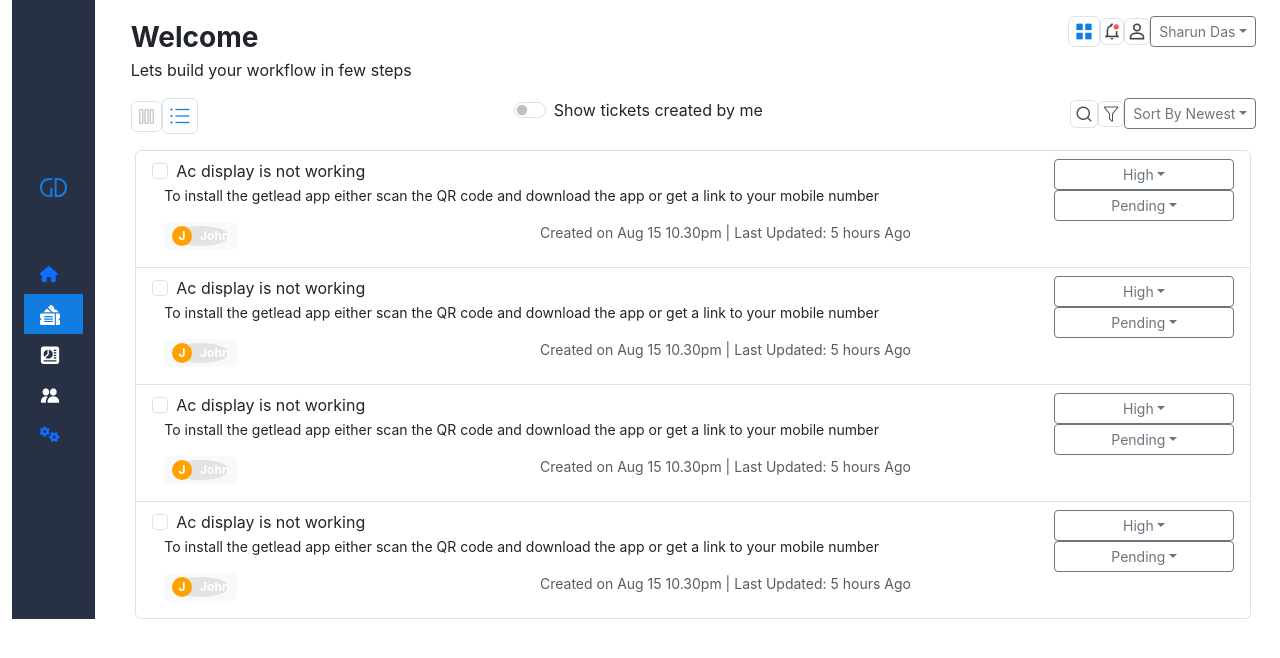
Repository: rishikarajeev/GL_HelpDesk
Page: /showtickets
The author's editor kept a copy of each file at every save. The page is drawn from the files as they stood at one save, then again after the next save.
The browser window is 1280 px wide. The pictures show the whole page.
The project was rebuilt for these pictures with package versions that can differ from the ones it lists, and the page was loaded fresh each time. Also part of the build but not shown: src/App.css, src/Pages/HomePage.jsx.

Above is the page before, as saved 2024-01-09 14:28:57.

### public/index.html
<!DOCTYPE html>
<html lang="en">
  <head>
    <meta charset="utf-8" />
    <link rel="icon" href="%PUBLIC_URL%/favicon.ico" />
    <meta name="viewport" content="width=device-width, initial-scale=1" />
    <meta name="theme-color" content="#000000" />
    <meta
      name="description"
      content="Web site created using create-react-app"
    />
    <link rel="apple-touch-icon" href="%PUBLIC_URL%/logo192.png" />
    <link href="https://cdn.jsdelivr.net/npm/bootstrap@5.3.2/dist/css/bootstrap.min.css" rel="stylesheet" integrity="sha384-T3c6CoIi6uLrA9TneNEoa7RxnatzjcDSCmG1MXxSR1GAsXEV/Dwwykc2MPK8M2HN" crossorigin="anonymous">
   <script src="https://cdn.jsdelivr.net/npm/bootstrap@5.3.2/dist/js/bootstrap.bundle.min.js" integrity="sha384-C6RzsynM9kWDrMNeT87bh95OGNyZPhcTNXj1NW7RuBCsyN/o0jlpcV8Qyq46cDfL" crossorigin="anonymous"></script>

   <!--
      manifest.json provides metadata used when your web app is installed on a
      user's mobile device or desktop. See https://developers.google.com/web/fundamentals/web-app-manifest/
    -->
    <link rel="manifest" href="%PUBLIC_URL%/manifest.json" />
    <!--
      Notice the use of %PUBLIC_URL% in the tags above.
      It will be replaced with the URL of the `public` folder during the build.
      Only files inside the `public` folder can be referenced from the HTML.

      Unlike "/favicon.ico" or "favicon.ico", "%PUBLIC_URL%/favicon.ico" will
      work correctly both with client-side routing and a non-root public URL.
      Learn how to configure a non-root public URL by running `npm run build`.
    -->
    <title>React App</title>
  </head>
  <body>
    <noscript>You need to enable JavaScript to run this app.</noscript>
    <div id="root"></div>
    <!--
      This HTML file is a template.
      If you open it directly in the browser, you will see an empty page.

      You can add webfonts, meta tags, or analytics to this file.
      The build step will place the bundled scripts into the <body> tag.

      To begin the development, run `npm start` or `yarn start`.
      To create a production bundle, use `npm run build` or `yarn build`.
    -->
  </body>
</html>

### src/index.js
import React from "react";
import ReactDOM from "react-dom/client";
import "./index.css";
import App from "./App";
import reportWebVitals from "./reportWebVitals";


const root = ReactDOM.createRoot(document.getElementById("root"));
root.render(<App />);

// If you want to start measuring performance in your app, pass a function
// to log results (for example: reportWebVitals(console.log))
// or send to an analytics endpoint. Learn more: https://bit.ly/CRA-vitals
reportWebVitals();

### src/App.js
import logo from "./logo.svg";
import "./App.css";

import { BrowserRouter,Route,Routes } from "react-router-dom";
import ViewTickets from "./Pages/ViewTickets";
import HomePage from "./Pages/HomePage";
import SideBar from "./Components/SideBar";
import { Container, Row, Col } from "react-bootstrap";
import Header from "./Components/Header";


function App() {
  return (
    <BrowserRouter>
<Container fluid>
     <Row>
          <Col xl={1} >
            <SideBar />
            </Col>
            <Col xl={11}>
            <Header/>
            <Routes>
              <Route path="/" element={<HomePage />}></Route>
              <Route path="/showtickets" element={<ViewTickets />}></Route>
            </Routes>
            </Col>



         </Row>
       </Container>


    </BrowserRouter>
  );
}

export default App;

### src/Pages/ViewTickets.jsx
import React from "react";

import "../Assets/Css/Styles.css";
import UserBadge from "../Components/UserBadge";
import Header from "../Components/Header";

function ViewTickets() {
  const userName = "John";

  return (

    <div className="container bg-white">

    <ol className="list-group">
      <li className="list-group-item d-flex justify-content-between align-items-start">
        <div className="container">
          <div className="row">
            <div className="col-10">
              <div className="row">
                <div className="form-check">
                  <input
                    className="form-check-input"
                    type="checkbox"
                    value=""
                    id="flexCheckDefault"
                  />
                  <label className="form-check-label" htmlFor="flexCheckDefault">
                    Ac display is not working
                  </label>
                </div>
              </div>
              <div className="row">
                <p className="small text-wrap">
                  To install the getlead app either scan the QR code and
                  download the app or get a link to your mobile number
                </p>
              </div>
              <div className="row">
                <div className="col-5">
                  <UserBadge name={userName} />
                </div>
                <div className="col-7 float-right">
                  <p className="text-muted small">
                    Created on Aug 15 10.30pm | Last Updated: 5 hours Ago
                  </p>
                </div>
              </div>
            </div>
            <div className="col-2">
              <div className="row">
                <button
                  className="btn btn-outline-secondary btn-sm dropdown-toggle"
                  type="button"
                  data-bs-toggle="dropdown"
                  aria-expanded="false"
                >
                  High
                </button>

                <button
                  className="btn btn-outline-secondary btn-sm dropdown-toggle"
                  type="button"
                  data-bs-toggle="dropdown"
                  aria-expanded="false"
                >
                  Pending
                </button>
              </div>
            </div>
          </div>
        </div>
      </li>
      <li className="list-group-item d-flex justify-content-between align-items-start">
        <div className="container">
          <div className="row">
            <div className="col-10">
              <div className="row">
                <div className="form-check">
                  <input
                    className="form-check-input"
                    type="checkbox"
                    value=""
                    id="flexCheckDefault"
                  />
                  <label className="form-check-label" htmlFor="flexCheckDefault">
                    Ac display is not working
                  </label>
                </div>
              </div>
              <div className="row">
                <p className="small text-wrap">
                  To install the getlead app either scan the QR code and
                  download the app or get a link to your mobile number
                </p>
              </div>
              <div className="row">
                <div className="col-5">
                  <UserBadge name={userName} />
                </div>
                <div className="col-7 float-right">
                  <p className="text-muted small">
                    Created on Aug 15 10.30pm | Last Updated: 5 hours Ago
                  </p>
                </div>
              </div>
            </div>
            <div className="col-2">
              <div className="row">
                <button
                  className="btn btn-outline-secondary btn-sm dropdown-toggle"
                  type="button"
                  data-bs-toggle="dropdown"
                  aria-expanded="false"
                >
                  High
                </button>

                <button
                  className="btn btn-outline-secondary btn-sm dropdown-toggle"
                  type="button"
                  data-bs-toggle="dropdown"
                  aria-expanded="false"
                >
                  Pending
                </button>
              </div>
            </div>
          </div>
        </div>
      </li>
      <li className="list-group-item d-flex justify-content-between align-items-start">
        <div className="container">
          <div className="row">
            <div className="col-10">
              <div className="row">
                <div className="form-check">
                  <input
                    className="form-check-input"
                    type="checkbox"
                    value=""
                    id="flexCheckDefault"
                  />
                  <label className="form-check-label" htmlFor="flexCheckDefault">
                    Ac display is not working
                  </label>
                </div>
              </div>
              <div className="row">
                <p className="small text-wrap">
                  To install the getlead app either scan the QR code and
                  download the app or get a link to your mobile number
                </p>
              </div>
              <div className="row">
                <div className="col-5">
                  <UserBadge name={userName} />
                </div>
                <div className="col-7 float-right">
                  <p className="text-muted small">
                    Created on Aug 15 10.30pm | Last Updated: 5 hours Ago
                  </p>
                </div>
              </div>
            </div>
            <div className="col-2">
              <div className="row">
                <button
                  className="btn btn-outline-secondary btn-sm dropdown-toggle"
                  type="button"
                  data-bs-toggle="dropdown"
                  aria-expanded="false"
                >
                  High
                </button>

                <button
                  className="btn btn-outline-secondary btn-sm dropdown-toggle"
                  type="button"
                  data-bs-toggle="dropdown"
                  aria-expanded="false"
                >
                  Pending
                </button>
              </div>
            </div>
          </div>
        </div>
      </li>
      <li className="list-group-item d-flex justify-content-between align-items-start">
        <div className="container">
          <div className="row">
            <div className="col-10">
              <div className="row">
                <div className="form-check">
                  <input
                    className="form-check-input"
                    type="checkbox"
                    value=""
                    id="flexCheckDefault"
                  />
                  <label className="form-check-label" htmlFor="flexCheckDefault">
                    Ac display is not working
                  </label>
                </div>
              </div>
              <div className="row">
                <p className="small text-wrap">
                  To install the getlead app either scan the QR code and
                  download the app or get a link to your mobile number
                </p>
              </div>
              <div className="row">
                <div className="col-5">
                  <UserBadge name={userName} />
                </div>
                <div className="col-7 float-right">
                  <p className="text-muted small">
                    Created on Aug 15 10.30pm | Last Updated: 5 hours Ago
                  </p>
                </div>
              </div>
            </div>
            <div className="col-2">
              <div className="row">
                <button
                  className="btn btn-outline-secondary btn-sm dropdown-toggle"
                  type="button"
                  data-bs-toggle="dropdown"
                  aria-expanded="false"
                >
                  High
                </button>

                <button
                  className="btn btn-outline-secondary btn-sm dropdown-toggle"
                  type="button"
                  data-bs-toggle="dropdown"
                  aria-expanded="false"
                >
                  Pending
                </button>
              </div>
            </div>
          </div>
        </div>
      </li>
    </ol>
  </div>

  );
}

export default ViewTickets;

### src/Components/SideBar.jsx
import React from "react";

import "@fortawesome/fontawesome-free/css/all.min.css";
import ticketIcon from "../Assets//Images/Layer_1.png";
import logo from "../Assets//Images/logo.png";
import profile from "../Assets//Images/profile_icon.png";
import filemanagr from "../Assets//Images/Frame.png";
import "../Assets/Css/Styles.css";

function SideBar() {
  return (
    <nav class="navbar navbar-expand-lg navbar-dark sideBg  d-flex flex-column h-100 ">
      <button
        class="navbar-toggler"
        type="button"
        data-toggle="collapse"
        data-target="#sidebar"
        aria-controls="sidebar"
        aria-expanded="false"
        aria-label="Toggle navigation"
      >
        <span class="navbar-toggler-icon"></span>
      </button>

      <div class="collapse navbar-collapse" id="sidebar">

        <ul class="nav  flex-column " >
        <li class="nav-item mb-5 ">
            <a class="nav-link active" href="/">
            <img src={logo} alt="Home Icon" className="icon" />
            </a>
          </li>
          <li class="nav-item">
            <a class="nav-link active" href="/">
              <i class="fas fa-home"></i>
            </a>
          </li>
          <li class="nav-item  selectedColor">
            <a className="nav-link active" href="/showtickets">
              <img src={ticketIcon} alt="Home Icon" className="icon" />
            </a>
          </li>
          <li class="nav-item  ">
            <a className="nav-link active" href="#">
              <img src={filemanagr} alt="Home Icon" className="icon" />
            </a>
          </li>
          <li class="nav-item  ">
            <a className="nav-link active" href="#">
              <img src={profile} alt="Home Icon" className="icon" />
            </a>
          </li>
          <li class="nav-item">
            <a class="nav-link" href="#">
              <i class="fas fa-cogs"></i>
            </a>
          </li>

        </ul>
      </div>
    </nav>
  );
}

export default SideBar;

### src/Components/Header.jsx
import React from "react";
import column_icon from "../Assets/Images/fluent_column-triple-20-regular.png";
import list_icon from "../Assets/Images/ph_list-bullets-light.png";
import search_icon from "../Assets/Images/ri_search-line.png";
import menu_icon from "../Assets/Images/ep_menu.png";
import filter_icon from "../Assets/Images/cil_filter.png";
import notificatn_icon from "../Assets/Images/Group 10.png";
import user_icon from "../Assets/Images/ooui_user-avatar-outline.png";
import { Container, Row, Col, Navbar, Nav } from "react-bootstrap";

function Header() {
  return (
    <Container fluid>
      <Row className=" justify-content-end mt-3 mb-3" >
        <Col sm={8}>
          <Row>
            <a class="navbar-brand fs-3 fw-bolder" href="#">
              Welcome{" "}
            </a>
          </Row>
          <Row>
            <span>Lets build your workflow in few steps</span>
          </Row>
        </Col>

        <Col sm={4}  className="text-end">
          <img src={menu_icon} alt="Local Icon" className="img-thumbnail" />
          <img
            src={notificatn_icon}
            alt="Local Icon"
            className="img-thumbnail"
          />
          <img src={user_icon} alt="Local Icon" className="img-thumbnail" />
          <button
            class="btn btn-outline-secondary btn-sm dropdown-toggle "
            type="button"
            data-bs-toggle="dropdown"
            aria-expanded="false"
          >
            Sharun Das
          </button>
        </Col>
      </Row>

      <Row className=" mt-3 mb-3">
        <Col>
          <img src={column_icon} alt="Local Icon" className="img-thumbnail" />

          <img src={list_icon} className="img-thumbnail" />
        </Col>
        <Col>
          <div class="form-check form-switch">
            <label class="form-check-label" for="flexSwitchCheckDefault">
              Show tickets created by me
            </label>

            <input
              class="form-check-input"
              type="checkbox"
              role="switch"
              id="flexSwitchCheckDefault"
            />
          </div>
        </Col>
        <Col className="text-end">
          <img src={search_icon} alt="Local Icon" className="img-thumbnail" />
          <img src={filter_icon} alt="Local Icon" className="img-thumbnail" />
          <button
            class="btn btn-outline-secondary btn-sm dropdown-toggle "
            type="button"
            data-bs-toggle="dropdown"
            aria-expanded="false"
          >
            Sort By Newest
          </button>
        </Col>
      </Row>
    </Container>
  );
}

export default Header;

### src/Assets/Css/Styles.css
.sideBg{
    background-color:  #273045;
    padding: 3;
}
.selectedColor{
    background-color:  #117DE0;

}
.bgColor{
    background-color:  #EFEFEF;

}
.fluent-column-triple {
  height: 21px;
  position: relative;
  width: 21px;
}

.fluent-column-triple .vector {
  height: 15px;
  left: 3px;
  position: absolute;
  top: 3px;
  width: 15px;
}
.ri-search-line {
    height: 18px;
    position: relative;
    width: 18px;
  }

  .ri-search-line .vector {
    height: 15px;
    left: 2px;
    position: absolute;
    top: 2px;
    width: 15px;
  }

  .circle-icon {
    width: 20px;
    height: 20px;
    border-radius: 50%;
    background-color: #ffa200; /* Choose your desired background color */
    display: flex;
    align-items: center;
    justify-content: center;
    color: #fff; /* Choose your desired text color */
  }

### src/Components/UserBadge.jsx
// UserBadge.js
import React from 'react';
import { Badge } from 'react-bootstrap';
import "../Assets/Css/Styles.css"



const UserBadge = ({ name }) => {
  const initials = name
    .split(' ')
    .map((word) => word[0])
    .join('');

  return (
    <div>
      <Badge bg="body-tertiary ">
      <div className="rounded-circle bg-secondary-subtle text-white d-flex align-items-center justify-content-center">

        <div className="circle-icon"> <span >{initials} </span> </div>
        <span className="ms-2">{name}</span>
        </div>
      </Badge>


    </div>
  );
};

export default UserBadge;

Loaded but not shown: src/index.css (common file); src/reportWebVitals.js (common file)

After the next save:
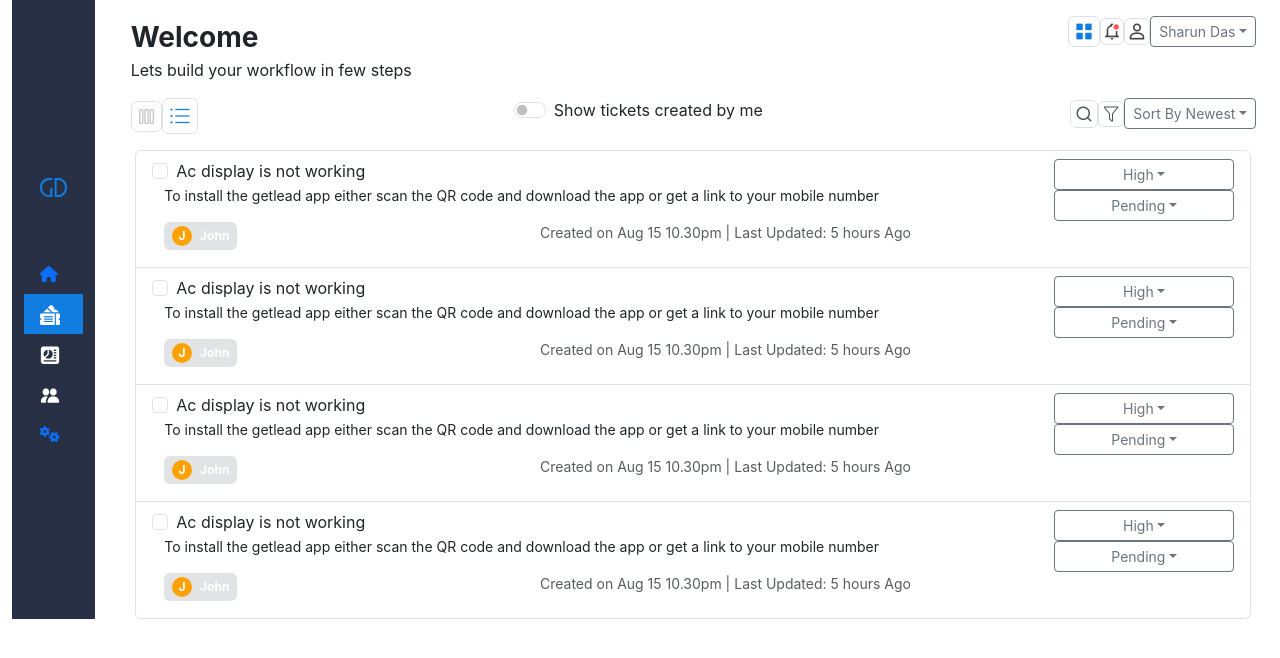
Saved 5 s later.
--- a/src/Components/UserBadge.jsx
+++ b/src/Components/UserBadge.jsx
@@ -13,7 +13,7 @@ const UserBadge = ({ name }) => {
 
   return (
     <div>
-      <Badge bg="body-tertiary ">
+      <Badge bg="secondary-subtle ">
       <div className="rounded-circle bg-secondary-subtle text-white d-flex align-items-center justify-content-center">
 
         <div className="circle-icon"> <span >{initials} </span> </div>
